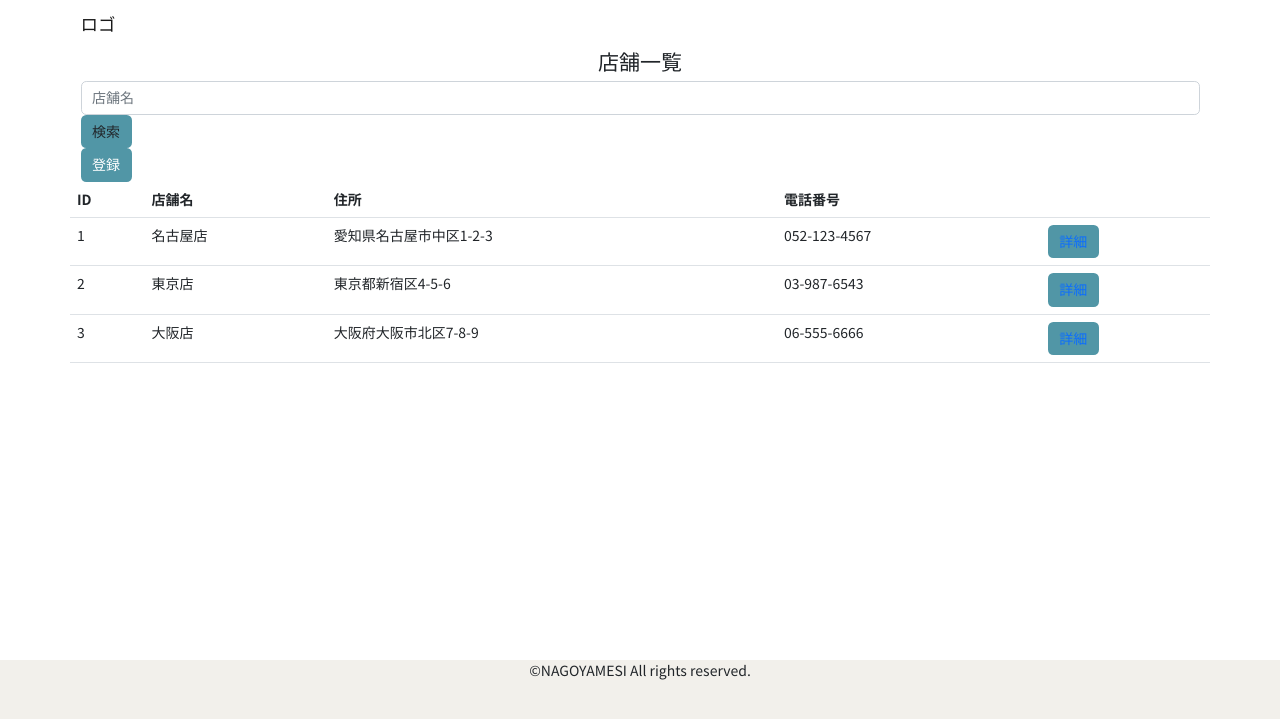
Repository: masa1228ew/taberogu
Page: http://localhost/admin/shop/index
These files come from the project's save history. The page is drawn as it stood at one moment and after the next save; the edit follows.
The browser window is 1280 px wide. The pictures show the whole page.
The page is this project's Thymeleaf template; nobody is signed in. The template is opened directly, without the code that normally fills it, so the values that code supplies are empty.

Above is the page before, as saved 2024-11-17 14:11:15.

### taberogu/taberogu/src/main/resources/templates/admin/shop/index.html
<!DOCTYPE html>
<html xmlns:th="https://www.thymeleaf.org">
	<head>
		 <meta charset="UTF-8">
         <meta name="viewport" content="width=device-width, initial-scale=1">
         <link href="https://cdn.jsdelivr.net/npm/bootstrap@5.2.3/dist/css/bootstrap.min.css" rel="stylesheet" integrity="sha384-rbsA2VBKQhggwzxH7pPCaAqO46MgnOM80zW1RWuH61DGLwZJEdK2Kadq2F9CUG65" crossorigin="anonymous">
          <link rel="preconnect" href="https://fonts.googleapis.com">
         <link rel="preconnect" href="https://fonts.gstatic.com" crossorigin>
         <link href="https://fonts.googleapis.com/css2?family=Noto+Sans+JP:wght@400;500&display=swap" rel="stylesheet">

 <link th:href="@{/css/style.css}" rel="stylesheet" >
         <title>店舗一覧</title>
	</head>
	<body>
	 <div class="wapper">
		<nav class="navbar navbar-light">
			<div class="container">
				<a class="navbar-brand" th:href="@{/}">
					ロゴ
				</a>
			</div>
		</nav>

	<main>
	 <div class="container">
		<div class="row justify-content-center">
			<h1 class="text-center">店舗一覧</h1>
			<div class="justify-content-between">
				<form>
					<input type="text" class="form-control" name="keyword" placeholder="店舗名">
					<button type="submit" class="btn">検索</button>
				</form>
				<a href="#" class="btn text-white">登録</a>
<!--<h3>登録</h3>-->
			</div>
			<table class="table">
				<thead>
				 <tr>
					<th scope="col">ID</th>
					<th scope="col">店舗名</th>
					<th scope="col">住所</th>
					<th scope="col">電話番号</th>
					<th scope="col"></th>
				 </tr>
				</thead>
				<tbody>
<!--					<tr th:each="#">-->
<!--						<td th:text="#"></td>-->
<!--						<td th:text="#"></td>-->
<!--						<td th:text="#"></td>-->
<!--						<td th:text="#"></td>-->
<!--						<td><a href="#">詳細</a></td>-->
<!--					</tr>-->
 <tr>
                        <td>1</td>
                        <td>名古屋店</td>
                        <td>愛知県名古屋市中区1-2-3</td>
                        <td>052-123-4567</td>
                        <td><a href="#" class="btn btn-link">詳細</a></td>
                    </tr>
                    <tr>
                        <td>2</td>
                        <td>東京店</td>
                        <td>東京都新宿区4-5-6</td>
                        <td>03-987-6543</td>
                        <td><a href="#" class="btn btn-link">詳細</a></td>
                    </tr>
                    <tr>
                        <td>3</td>
                        <td>大阪店</td>
                        <td>大阪府大阪市北区7-8-9</td>
                        <td>06-555-6666</td>
                        <td><a href="#" class="btn btn-link">詳細</a></td>
                    </tr>
				</tbody>
			</table>
		</div>
		</div>
		</div>
	</main>
	<footer>
		<div class="justify-content-center">
			<p class="text-center">&copy;NAGOYAMESI  All rights reserved.</p>
		</div>
	</footer>
	</body>
</html>

### taberogu/taberogu/src/main/resources/static/css/style.css
html {
   font-size: 14px;
 }

 body {
   font-family: 'Noto Sans JP', sans-serif;
 }

 h1 {
   font-size: 1.5rem;
 }

 a {
   color: #5196a6;
   text-decoration: none !important;
 }

 a:hover {
     color: #407784;
 }

 footer {
   width: 100%;
   height: 60px;
   position: absolute;
   bottom: 0;
   background-color: #f2f0eb;
 }

 .wapper{
	 min-height: 100vh;
   position: relative;
   padding-bottom: 60px;
   box-sizing: border-box;
 }

 .naver{
	  min-height: 60px;
 }

 .btn:hover {
   opacity: 0.8;
 }

 .btn{
   background-color: #5196a6 !important;
   transition: 0.1s;
 }

After the next save:
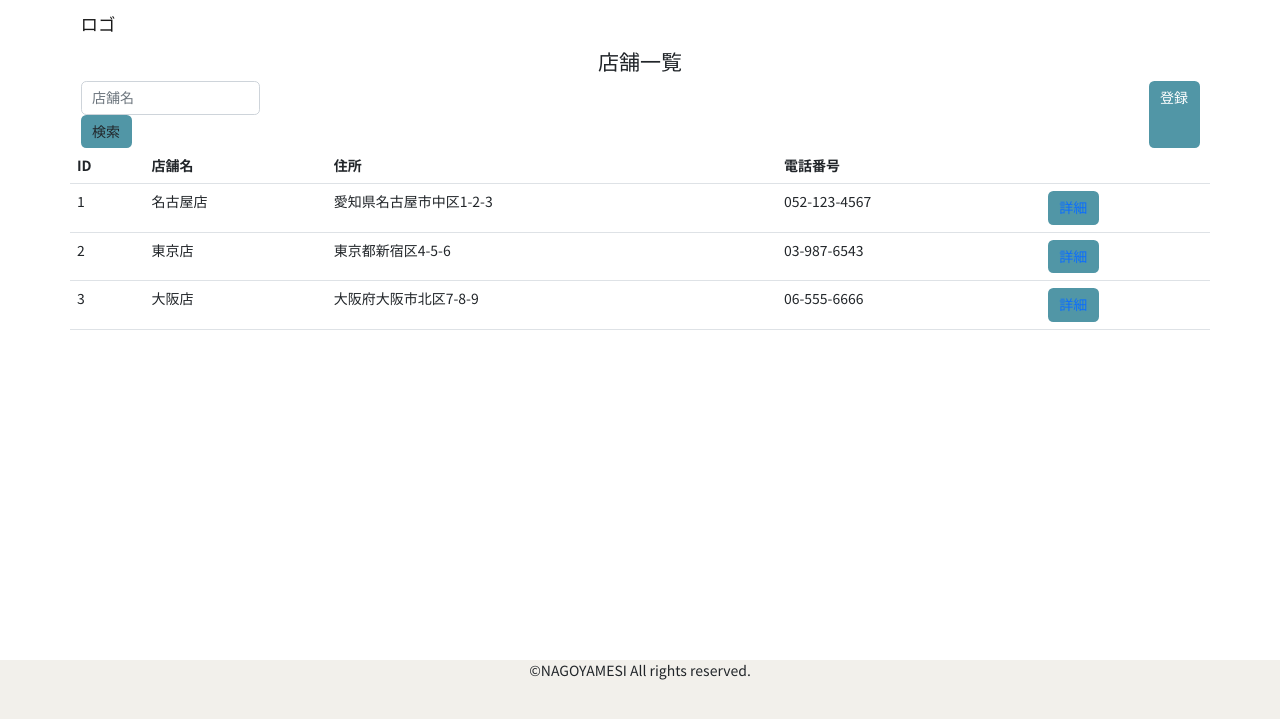
Saved 2 min 45 s later.
--- a/taberogu/taberogu/src/main/resources/static/css/style.css
+++ b/taberogu/taberogu/src/main/resources/static/css/style.css
@@ -46,3 +46,7 @@ html {
    background-color: #5196a6 !important;
    transition: 0.1s;
  }
+
+ .justify-content-between{
+	 display:flex;
+ }
